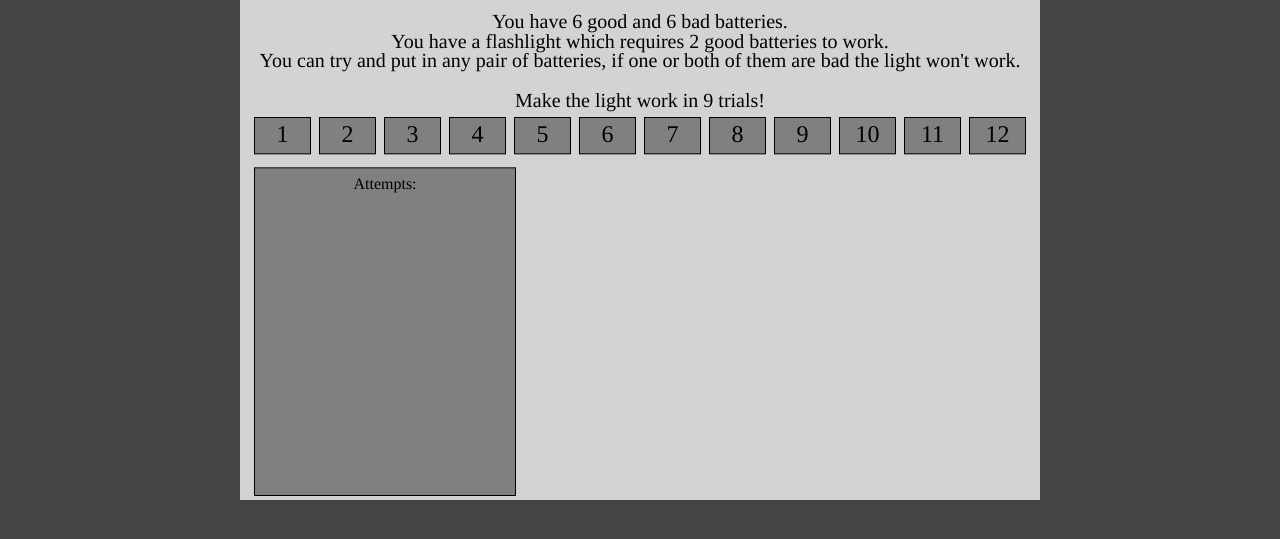
Repository: StevenZsombo/games
Page: docs/batteries/batteries.html
These files come from the project's save history. The page is drawn as it stood at one moment and after the next save; the edit follows.
The browser window is 1280 px wide. The pictures show the whole page.

Above is the page before, as saved 2025-07-04 09:29:26.

### docs/batteries/batteries.html
<!DOCTYPE html>
<html lang="en">

<head>
  <meta charset="UTF-8">
  <meta name="viewport" content="width=device-width, initial-scale=1.0">
  <title>Game by Steven Zs :)</title>
  <style>
    body {
      margin: 0;
      padding: 0;
      min-height: 100vh;
      display: flex;
      justify-content: center;
      background: #444;
    }

    #canvasContainer {
      margin: 0;
      max-width: 800px;
      max-height: 500px;
      width: 100%;
      background: #000000;
    }

    #canvasContainer.full {
      position: fixed;
      top: 0;
      left: 0;
      right: 0;
      bottom: 0;
      margin: 0;
      max-width: none;
      max-height: none;
      display: flex;
      align-items: center;
      justify-content: center;
    }

    canvas {
      display: block;
      background: #000000;
      aspect-ratio: 800/500;
      width: 100%;
      height: auto;
    }

    #canvasContainer.full canvas {
      width: min(100vw, calc(100vh * 1.6));
      height: min(100vh, calc(100vw / 1.6));
      max-width: none;
      max-height: none;
    }
  </style>
</head>

<body id="body">
  <div id="canvasContainer">
    <canvas id="myCanvas" width="800" height="500"></canvas>
  </div>

  <script>
    function fullscreenToggle() {
      document.getElementById('canvasContainer').classList.toggle('full');
    }
  </script>
  <script src="../MM.js"></script>
  <script src="../scripts.js"></script>
  <script src="../animations.js"></script>
  <script src="../gui.js"></script>
  <script src="../batteries.js"></script>
</body>

</html>

### docs/gui.js
class Framerater {
	constructor(isRunning = true) {
		this.measuredTimeInterval = 1000
		this.timeStamps = []
		this.fps = 0.1
		this.tickrate = 0.1
		this.button = new Button({
			x: 10,
			y: 10,
			width: 60,
			height: 15,
			fontsize: 12,
			color: "yellow",
			outline: 0,
			follow_mouse: true
		})
		this.isRunning = isRunning
		this.startTime = Date.now()
		this.totalTicks = 0
		this.totalFrames = 0
	}
	get elapsed() {
		return Math.floor((Date.now() - this.startTime) / 100) / 10
	}
	update(dt, noDrawingNeeded) {
		if (this.isRunning) {
			this.totalTicks += 1
			this.totalFrames += noDrawingNeeded ? 0 : 1
			let curr_time = Date.now()
			this.timeStamps.push([curr_time, noDrawingNeeded])
			let i = this.timeStamps.findIndex(x => curr_time - x[0] < this.measuredTimeInterval)
			this.timeStamps = this.timeStamps.slice(i)
			this.tickrate = Math.floor(this.timeStamps.length / this.measuredTimeInterval * 1000)
			this.fps = Math.floor(this.timeStamps.filter(
				x => !x[1]
			).length / this.measuredTimeInterval * 1000)

		}
	}

	draw(screen) {
		if (this.isRunning) {
			this.button.txt = `${this.fps} / ${this.tickrate}`
			this.button.draw(screen)
		}
	}
}

class Keyboarder {
	constructor(denybuttons) {
		if (denybuttons === null) {
			throw "did not specify whether keypress propagation should be denied or not"
		}
		/*-----------------------------------------------worst idea ever---------------------------------------------------------*/
		fullscreenToggle = MM.extFunc(fullscreenToggle, () => game.mouser.whereIsCanvas())
		this.bufferExpiration = null //null for no expiration, or milliseconds
		this.held = {}
		const held = this.held
		this.pressed = {}
		const pressed = this.pressed
		this.strokeBuffer = []
		const strokeBuffer = this.strokeBuffer

		document.addEventListener('keydown', (e) => {
			if (denybuttons) {
				e.preventDefault()
				e.stopPropagation()
			}
			if (!held[e.key]) {
				held[e.key] = true
				pressed[e.key] = true
				strokeBuffer.push([Date.now(), e.key])
			}
		}
		)
		document.addEventListener('keyup', (e) => {
			held[e.key] = false
			pressed[e.key] = false
			if (e.key == "F") {
				fullscreenToggle()
			}
			if (denybuttons) {
				e.preventDefault()
				e.stopPropagation()
			}
		}
		)
	}
	get strokes() {
		return this.strokeBuffer.map(x => x[1]).join("")
	}
	update(dt, now) {
		if (this.strokeBuffer.length && this.bufferExpiration != null) {
			if (now - this.strokeBuffer.at(-1)[0] > this.bufferExpiration) {
				this.strokeBuffer.length = 0
			}
		}
	}
	flushstrokes() {
		this.strokeBuffer.length = 0
	}
	next_loop() {
		Object.keys(this.pressed).forEach(
			x => this.pressed[x] = false
		)
	}

}

class Mouser {
	constructor(canvas) {
		this.x = null
		this.y = null
		this.clicked = false
		this.released = false
		this.down = false

		this.canvas = canvas
		this.addListeners(canvas)
		this.whereIsCanvas()
	}

	whereIsCanvas() {
		const canvas = this.canvas
		this.cRect = canvas.getBoundingClientRect()
		this.cW = canvas.width
		this.cH = canvas.height
		this.scaleX = canvas.width / this.cRect.width
		this.scaleY = canvas.height / this.cRect.height
	}
	whereAmI(e) {
		//event
		this.x = (e.clientX - this.cRect.left) * this.scaleX
		//Account for canvas position
		this.y = (e.clientY - this.cRect.top) * this.scaleY
	}

	addListeners(canvas) {
		canvas.addEventListener('pointermove', (e) => {
			e.preventDefault()
			e.stopPropagation()
			this.whereAmI(e)
			//e.pointerType //can be 'mouse', 'pen', 'touch'

		}
		)
		canvas.addEventListener('pointerdown', (e) => {
			e.preventDefault()
			e.stopPropagation()
			if (e.button == 0) {
				this.whereAmI(e)
				this.clicked = true
				this.down = true
			}
			//e.shiftKey, e.ctrlKey //true or false
			//button = 0 or 2
			//for some reason clicking both simultaneously does sweet FA
		}
		)
		canvas.addEventListener('pointerup', (e) => {
			e.preventDefault()
			e.stopPropagation()
			this.whereAmI(e)
			this.released = true
			this.down = false
		}
		)
		canvas.addEventListener('pointerout', (e) => {
			e.preventDefault()
			e.stopPropagation()
			this.released = true
			this.x = null
			this.y = null
		}
		)
		canvas.addEventListener('pointercancel', (e) => {
			e.preventDefault()
			e.stopPropagation()
			this.released = true
		}
		)
		window.addEventListener("resize", this.whereIsCanvas.bind(this))
		window.addEventListener("scroll", this.whereIsCanvas.bind(this))
		window.addEventListener('contextmenu', (e) => {
			e.preventDefault()
			e.stopPropagation()
		})
	}
	get held() {
		return this.down && !this.released
	}

	get pos() {
		return {
			x: this.x,
			y: this.y
		}
	}

	next_loop() {
		this.clicked = false
		this.released = false
	}

	changeCursor(type) {
		game.canvas.style.cursor = type
	}

}

class Cropper {
	constructor() {
		this.canvas = document.createElement("canvas")
		this.ctx = this.canvas.getContext("2d")
	}

	load_images(names, containerDict, whatToCallAfter) {
		let num = names.length
		const onload = () => { --num === 0 && whatToCallAfter() }
		for (const item of names) {
			const img = new Image
			containerDict[item] = img
			img.crossOrigin = "Anonymous"
			img.src = item
			img.onload = onload
		}

	}

	load_img(source, on_end) {
		try {
			const img = new Image()
			img.crossOrigin = 'Anonymous'
			img.src = source
			if (on_end != null) {
				img.onload = () => { return on_end(img) }
			}
			return img
		} catch (error) {
			console.error(error)
		}

	}

	resize(img, width, height) {
		this.canvas.width = width
		this.canvas.height = height
		this.ctx.drawImage(img, 0, 0, width, height)
		const ret = new Image()
		ret.src = this.canvas.toDataURL()
		return ret
	}

	crop(img, rect) {
		this.canvas.width = rect.width
		this.canvas.height = rect.height
		this.ctx.drawImage(img, rect.x, rect.y, rect.width, rect.height, 0, 0, rect.width, rect.height)
		const ret = new Image()
		ret.src = this.canvas.toDataURL()
		return ret
	}

	cropGrid(img, rows, cols) {
		const rect = new Rect(0, 0, img.width, img.height)
		const rects = rect.splitGrid(cols, rows)
		const ret = []
		for (let row of rects) {
			ret.push([])
			for (let col of row) {
				ret.at(-1).push(this.crop(img, col))
			}
		}
		return ret
	}


}

### docs/batteries.js
//should import scripts.js
const framerateUnlocked = false
const denybuttons = false
const showFramerate = false

window.onload = function () {
    let canvas = document.getElementById("myCanvas")
    canvas.style.touchAction = 'none'
    canvas.style.userSelect = 'none'
    canvas.style.webkitUserDrag = 'none'
    document.addEventListener('dragover', (e) => {
        e.preventDefault()
        e.stopPropagation()
    }
    )
    document.addEventListener('drop', (e) => {
        e.preventDefault()
        e.stopPropagation()
    }
    )
    canvas.tabIndex = 0
    //canvas.focus()
    beforeMain(canvas)
}

const beforeMain = function (canvas) {
    const cropper = new Cropper()
    const cont = {}
    main(canvas)
    /*
    cropper.load_images("cats.png arrows.png".split(" "), cont, () => {
        files.push(cont["cats.png"])
        files.push(cont["arrows.png"])
        main(canvas)
    })
    */


}

const main = function (canvas) {
    canvas ??= document.getElementById("myCanvas")
    game = new Game(canvas)
    game.tick()
}

class Game {
    constructor(canvas) {
        this.canvas = canvas
        this.screen = canvas.getContext("2d")
        this.WIDTH = canvas.width
        this.HEIGHT = canvas.height
        this.SIZE = {
            x: this.WIDTH,
            y: this.HEIGHT
        }
        this.rect = new Rect(0, 0, this.WIDTH, this.HEIGHT)
        this.BGCOLOR = stgs.BGCOLOR ?? "lightgray"
        //null for transparent
        this.CENTER = {
            x: this.SIZE.x / 2,
            y: this.SIZE.y / 2
        }

        this.mouser = new Mouser(canvas)
        this.keyboarder = new Keyboarder(denybuttons)
        this.framerate = new Framerater(showFramerate)
        this.framerateUnlocked = framerateUnlocked //redundant unless reused
        this.animator = new Animator()

        this.on_update_extras = []
        this.on_draw_extras = []
        this.extras = []

        this.layers = Array(10).fill().map(x => [])
        this.clickables = []

        showFramerate && this.add_clickable(this.framerate.button)


        this.lastCycleTime = Date.now()

        this.isRunning = true
        this.isDrawing = true

        this.initialize()
        this.initialize_more()
    }
    initialize() {

    }

    tick() {
        if (!this.isDrawing) {
            this.drawnAlready = true
        }
        if (!this.isRunning) {
            return
        }
        const now = Date.now()
        const dt = (now - this.lastCycleTime)
        this.lastCycleTime = now

        const screen = this.screen
        this.drawnAlready ? null : this.draw_reset(screen)
        this.update(dt)
        this.update_more(dt)
        this.on_update_extras.forEach(x => x.call(this))
        this.drawnAlready ? null : this.draw(screen)
        this.drawnAlready ? null : this.draw_more(screen)
        this.on_draw_extras.forEach(x => x.call(this))
        this.next_loop()
        this.next_loop_more()
        this.extras.forEach(x => x.call(this))
        this.extras.length = 0
        if (!this.isRunning) {
            return
        }

        this.framerate.update(dt, this.drawnAlready)
        if (!this.framerateUnlocked) {
            requestAnimationFrame(this.tick.bind(this))
        } else {
            setTimeout(this.tick.bind(this), 0)
            if (!this.drawnAlready) {
                this.drawnAlready = true
                requestAnimationFrame((function () { this.drawnAlready = false }).bind(this))
                this.animator.draw()
            }
        }




    }

    update(dt) {
        //update
        const now = Date.now()
        this.keyboarder.update(dt, now)
        this.update_clickables(dt)
        this.animator.update(dt)
        this.update_more(dt)

    }

    update_clickables(dt) {
        for (const b of this.clickables) {
            b.check(this.mouser.x, this.mouser.y, this.mouser.clicked, this.mouser.released, this.mouser.held)
        }

    }

    draw(screen) {
        //draw
        this.draw_layers(screen)
        this.framerate.draw(screen)

    }

    draw_reset(screen) {
        if (this.BGCOLOR) {
            screen.fillStyle = this.BGCOLOR
            screen.fillRect(0, 0, this.WIDTH, this.HEIGHT)
        } else {
            screen.clearRect(0, 0, this.WIDTH, this.HEIGHT)
        }
    }

    draw_layers(screen) {
        for (const layer of this.layers) {
            for (const item of layer) {
                item.draw(screen)
            }
        }
    }

    next_loop() {
        this.mouser.next_loop()
        this.keyboarder.next_loop()
    }
    close() {
        this.isRunning = false
        setTimeout(x => game.screen.fillRect(0, 0, game.WIDTH, game.HEIGHT), 100)

    }
    add_clickable(items, layer = 5) {
        if (!Array.isArray(items)) {
            items = [items]
        }
        for (const item of items) {
            this.add_drawable(item, layer)
            this.clickables.push(item)
        }
    }
    add_drawable(items, layer = 5) {
        if (!Array.isArray(items)) {
            items = [items]
        }
        for (const item of items) {
            this.layers[layer].push(item)
        }
    }
    remove_clickable(item) {
        this.clickables = this.clickables.filter(x => x !== item)
        this.layers = this.layers.map(x => x.filter(y => y !== item))
    }

    ////////////////////////////////////////////////////////////////////////////////////////////////////////////////////
    ////////////////////////////////////////////////////////////////////////////////////////////////////////////////////
    ////////////////////////////////////////////////////////////////////////////////////////////////////////////////////
    ////////////////////////////////////////////////////////////////////////////////////////////////////////////////////
    ////////////////////////////////////////////////////////////////////////////////////////////////////////////////////
    ///                                             customize here                                                   ///
    /// ////////////////////////////////////////////////////////////////////////////////////////////////////////////////
    ///                                                                                                              ///
    ///         these are called  when appropriate                                                                   ///
    ///                                                                                                              ///
    ///         initialize_more                                                                                      ///
    ///         draw_more                                                                                            ///
    ///         update_more                                                                                          ///
    ///         next_loop_more                                                                                       ///
    ///                                                                                                              ///
    ///                                                                                                              ///
    ///                                                                                                              ///
    ///                                                                                                              ///
    ///                                                                                                              ///
    ///                                                                                                              ///
    ///                                                                                                              ///
    ///                                                                                                              ///
    ///                                                                                                              ///
    ///                                                                                                              ///
    ///                                                                                                              ///
    ///                                                                                                              ///
    ///                                                                                                              ///
    ///                                                                                                              ///
    ///                                             INITIALIZE                                                       ///
    /// start initialize_more:::::::::::::::::::::::::::::::::::::::::::::::::::::::::::::::::::::::::::::::::::::::::::
    initialize_more() {


        this.grid = this.rect.copy.
            deflate(20, 10).
            splitRow(3, 2, 10).
            map(x => Button.fromRect(x, { transparent: true }))
        this.add_clickable(this.grid[0])
        this.grid[0].fontsize = 20
        this.grid[0].txt =
            `You have 6 good and 6 bad batteries.
You have a flashlight which requires 2 good batteries to work.
You can try and put in any pair of batteries, if one or both of them are bad the light won't work.

Make the light work in 9 trials!
`

        this.batteries = this.grid[1].splitCol(...Array(12).fill(1)).map(Button.fromRect).map((b, i) => {
            b.deflate(10, 30)
            b.txt = i + 1
            b.fontsize = 24
            return b
        })
        this.add_clickable(this.batteries)

        this.grid[0].resize(this.grid[0].width, this.batteries[0].top)
        this.grid[0].move(0, 18)

        this.tablebg = this.grid[2].splitCol(1, 2)[0]
        this.tablebg.leftat(this.batteries[0].left)

        this.table = this.tablebg.splitRow(...Array(10).fill(1)).map(Button.fromRect)
        this.tablebg = Button.fromRect(this.tablebg)
        this.add_clickable(this.table)
        this.add_clickable(this.tablebg, 3)
        this.table.forEach(b => {
            b.fontsize = 16
            b.transparent = true
        })
        this.table[0].txt = "Attempts:"

        //logic
        this.attempts = {
            count: 0,
            track: [],
            first: null
        }
        this.makeattempt = (i) => {
            if (this.attempts.first !== i) {
                if (!this.attempts.first) {
                    this.attempts.first = i
                    this.batteries[i-1].color = "lightblue"
                } else {
                    this.attempts.count++
                    this.attempts.first = i
                    this.batteries
                }
            }
        }


    }
    ///end initialize_more^^^^^^^^^^^^^^^^^^^^^^^^^^^^^^^^^^^^^^^^^^^^^^^^^^^^^^^^^^^^^^^^^^^^^^^^^^^^^^^^^^^^^^^^^^^^
    ///                                         ^^^^INITIALIZE^^^^                                                   ///
    ///                                                                                                              ///
    ///                                               UPDATE                                                         ///
    /// start update_more:::::::::::::::::::::::::::::::::::::::::::::::::::::::::::::::::::::::::::::::::::::::::::::::
    update_more(dt) {





    }
    ///end update_more^^^^^^^^^^^^^^^^^^^^^^^^^^^^^^^^^^^^^^^^^^^^^^^^^^^^^^^^^^^^^^^^^^^^^^^^^^^^^^^^^^^^^^^^^^^^^^^^
    ///                                           ^^^^UPDATE^^^^                                                     ///
    ///                                                                                                              ///
    ///                                                DRAW                                                          ///
    ///start update_more::::::::::::::::::::::::::::::::::::::::::::::::::::::::::::::::::::::::::::::::::::::::::::::::
    draw_more(screen) {





    }
    ///end draw_more^^^^^^^^^^^^^^^^^^^^^^^^^^^^^^^^^^^^^^^^^^^^^^^^^^^^^^^^^^^^^^^^^^^^^^^^^^^^^^^^^^^^^^^^^^^^^^^^^^
    ///                                            ^^^^DRAW^^^^                                                      ///
    ///                                                                                                              ///
    ///                                              NEXT_LOOP                                                       ///
    ///start next_loop_more:::::::::::::::::::::::::::::::::::::::::::::::::::::::::::::::::::::::::::::::::::::::::::::
    next_loop_more() {

    }
    ///end next_loop_more^^^^^^^^^^^^^^^^^^^^^^^^^^^^^^^^^^^^^^^^^^^^^^^^^^^^^^^^^^^^^^^^^^^^^^^^^^^^^^^^^^^^^^^^^^^^^
    ///                                          ^^^^NEXT_LOOP^^^^                                                   ///
    ///                                                                                                              ///
    ///                                                                                                              ///
    /// ////////////////////////////////////////////////////////////////////////////////////////////////////////////////
} //this is the last closing brace

/// dev options
const dev = {

}/// end of dev
/// settings
const stgs = {


}

/**@type {Image[]} */
const files = []

/** @type {Game}*/
var game

Loaded but not shown: docs/scripts.js (717 lines, source omitted); docs/MM.js (389 lines, source omitted); docs/animations.js (422 lines, source omitted)

After the next save:
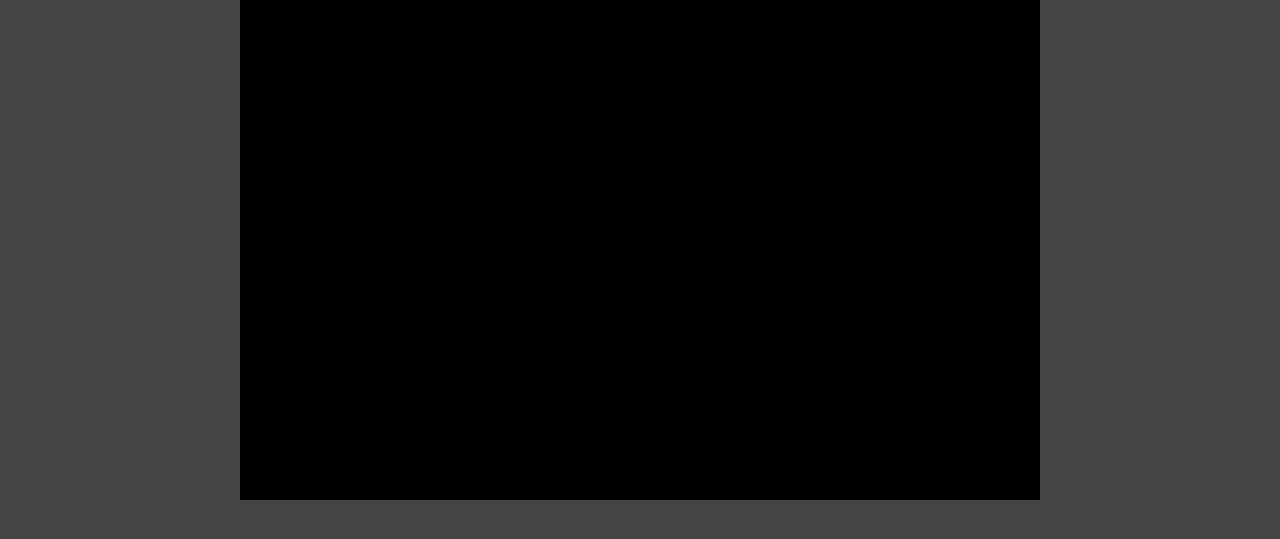
Console error: SyntaxError: Unexpected token '.'
Saved 4 min 6 s later.
--- a/docs/batteries.js
+++ b/docs/batteries.js
@@ -283,18 +283,30 @@
             track: [],
             first: null
         }
+        this.victory = () => {
+
+        }
         this.makeattempt = (i) => {
             if (this.attempts.first !== i) {
                 if (!this.attempts.first) {
                     this.attempts.first = i
-                    this.batteries[i-1].color = "lightblue"
+                    this.batteries[i - 1].color = "lightblue"
                 } else {
                     this.attempts.count++
-                    this.attempts.first = i
-                    this.batteries
+                    this.attempts.track.push([this.attempts.first, i])
+                    this.animator.add_anim(this.batteries[i - 1], 50, "wiggle", { dx: 5, dy: 5 })
+                    this.animator.add_anim(this.batteries[this.attempts.first - 1], 50, "wiggle", {
+                        dx: 5, dy: 5,
+                        on_end: () => { this.batteries[this.attempts.first - 1].color = "gray" }.bind(this)
+                    })
+
+                    this.attempts.first = null
+
                 }
             }
         }
+
+        this.batteries.forEach((b, i) => b.on_click = this.makeattempt.bind(this, i + 1))
 
 
     }

After the save that followed:
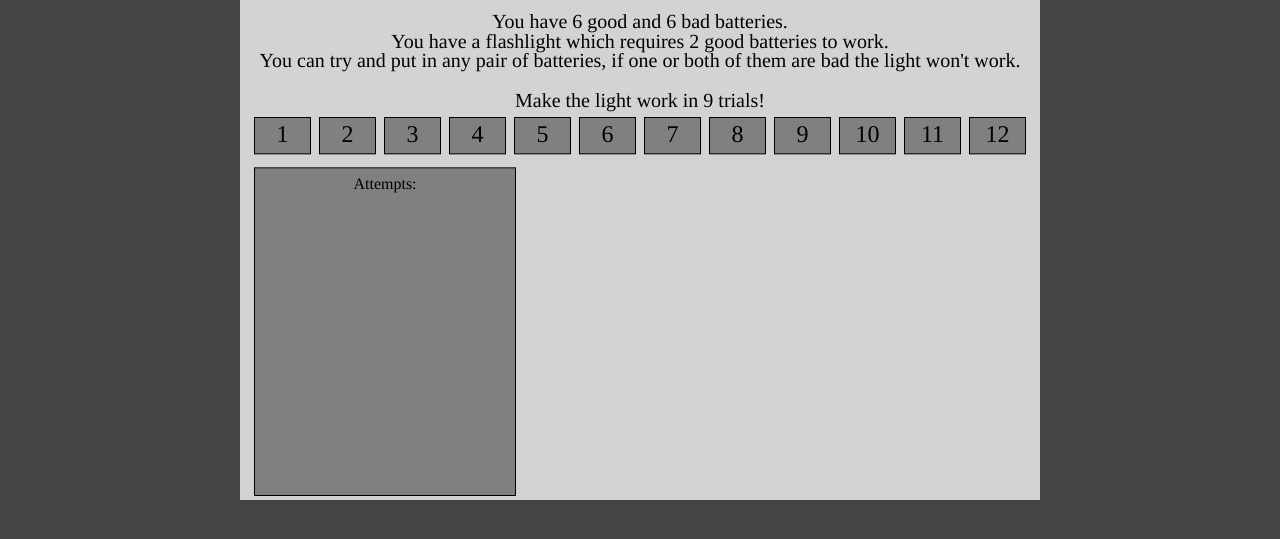
The error is gone.
Saved 10 min 1 s later.
--- a/docs/batteries.js
+++ b/docs/batteries.js
@@ -283,6 +283,7 @@
             track: [],
             first: null
         }
+        this.alloptions = MM.combinations([...MM.range(1, 13)], 6)
         this.victory = () => {
 
         }
@@ -294,13 +295,23 @@
                 } else {
                     this.attempts.count++
                     this.attempts.track.push([this.attempts.first, i])
+                    this.batteries[i - 1].color = "red"
+                    this.batteries[this.attempts.first - 1].color = "red"
                     this.animator.add_anim(this.batteries[i - 1], 50, "wiggle", { dx: 5, dy: 5 })
                     this.animator.add_anim(this.batteries[this.attempts.first - 1], 50, "wiggle", {
                         dx: 5, dy: 5,
-                        on_end: () => { this.batteries[this.attempts.first - 1].color = "gray" }.bind(this)
+                        on_end: () => {
+                            this.batteries[this.attempts.first - 1].color = "gray"
+                            this.batteries[i - 1].color = "gray"
+                            this.attempts.first = null
+                        }
                     })
-
-                    this.attempts.first = null
+                    const [u, w] = this.attempts.track.at(-1)
+                    this.table[this.attempts.count].txt = `${u}, ${w}`
+                    if (this.attempts.count == 9) {
+                        this.victory()
+                        this.batteries.forEach(x => x.interactable = false)
+                    }
 
                 }
             }
